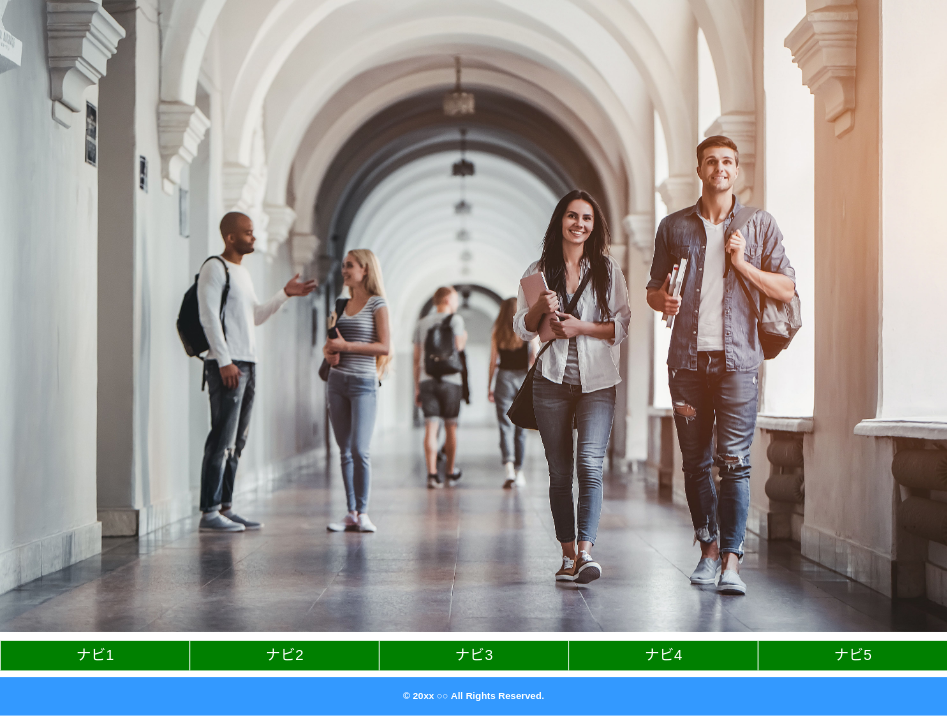
Repository: AKANE02/samurai_HTML-CSS
Page: home.html
The author's editor kept a record of every edit. The page is drawn from the files as they stood at one moment, then again after the next edit.
The browser window is 1280 px wide. The pictures show the whole page, at 74% of full size.

Above is the page before.

### home.html
<!DOCTYPE html>
<html lang="ja">
    <head>
        <meta charset="UTF-8">
        <title>HTML/CSSの学習</title>
        <link rel="stylesheet" href="stylesheet.css">
    </head>
    <body>
        <div id="header">
             <h1><a href="index.html"><img id="corridor" src="images/corridor.jpg" alt="大学の廊下" /></a></h1>
         </div>
        <div id="wrapper">
            <div id="nav">
                 <ul>
                     <li><a href="home.html">ナビ1</a></li>
                     <li><a href="#">ナビ2</a></li>
                     <li><a href="#">ナビ3</a></li>
                     <li><a href="#">ナビ4</a></li>
                     <li><a href="#">ナビ5</a></li>
                 </ul>
             </div>
        </div>
    　  <div id="footer">
             <p>&copy; 20xx ○○ All Rights Reserved.</p>
        </div>
    </body>
</html>

### stylesheet.css
@charset "utf-8";

body {
	margin: 0;
	padding: 0;
	font-family: "ヒラギノ角ゴ Pro W3", "Hiragino Kaku Gothic Pro", "メイリオ", Meiryo, Osaka, "ＭＳ Ｐゴシック", "MS PGothic", sans-serif;
	color: #333;
	font-size: 13px;
	line-height: 150%;
}

/* -------------------- wrapper -------------------- */
#wrapper {
	width: 100%;
	margin: auto;
	padding: 0px;
	border: 0px;
	background-color: #FFF;
    top: 10px;
    position: relative;
}

/* -------------------- header -------------------- */
  #header {
  	width: 100%;
  }
  #header h1 {
  	 margin: 0;
 	 padding: 0;
  }

  #corridor {
 	 width: 100%;
 	 height: auto;
  }

  /* -------------------- footer -------------------- */
  #footer {
  	 clear: both;
  	 width: 100%;
  	 padding: 3px 0 3px 0;
  	 background: #39F;
  	 color: #FFF;
  	 font-weight: bold;
  	 text-align: center;
  }

   /* -------------------- nav -------------------- */
  #nav {
 	 width: 100%;
  }
  #nav ul {
     display: flex;
 	 margin: 0;
 	 padding: 0;
 	 list-style-type: none;
  }
  #nav ul li {
 	 width: 20%;
 	 text-align: center;
  }
  #nav ul li a {
 	 display: block;
 	 height: 20px;
 	 margin: 0;
 	 padding: 10px;
 	 color: #FFF;
 	 font-size: 20px;
 	 text-decoration: none;
 	 background-color: green;
     border-left: 1px solid white;
  }

  #nav ul li a:hover {
 	 filter: drop-shadow(10px 10px 10px black);
  }

  /* -------------------- container -------------------- */
  #container {
 	 width: 100%;
 	 margin: auto ;
 	 padding-top: 20px;
 	 clear: both;
display: grid;
     grid-template-columns: 70vw 30vw;
}
  /* -------------------- main -------------------- */
  #main {
     width: 95%;
 	 padding: 10px 30px 10px 10px;
  }
  #main h2 {
 	 margin: 0 0 10px 0;
 	 padding: 3px 10px 3px 10px;
 	 color: #FFF;
 	 font-size: 16px;
 	 border-left: solid 10px #C00;
 	 background-color: #F90;
  }
  #main p {
 	 margin: 0;
 	 padding: 0;
  }
  #main .post {
 	 margin: 0 0 30px 0;
  }

  #main .post img.right {
 	 margin: 0 0 0 8px;
  }
  #main .post img.left {
 	 margin: 0 8px 0 0;
  }

  .right {
 	 float: right;
 	 width: 40%;
 	 height: auto;
  }
  .left {
 	 float: left;
 	 width: 40%;
 	 height: auto;
  }

  /* -------------------- clearfix -------------------- */
  .clearfix {
 	 zoom: 1;
  }
  .clearfix:after{
 	 content: "";
 	 display: block;
 	 clear: both;
  }

  /* -------------------- side -------------------- */
  #side {
     width: 85%;
  	 padding: 20px;
  	 background-color: #F99;
  }
  #side .box {
  	 margin: 0 auto 30px auto;
  	 padding: 0 0 20px 0;
  	 background: url(images/side_box.png) bottom no-repeat;
  }
  #side .box h2 {
  	 margin: 0;
  	 padding: 8px;
  	 text-align: center;
  	 color: #fff;
  	 font-size: 16px;
  	 line-height: 16px;
  	 font-weight: normal;
  	 background: url(images/side_box_h2.png) center no-repeat;
  }
  #side .box .boxBody {
  	 padding: 8px;
  	 border-right: solid 1px #C36;
  	 border-bottom: solid 1px #C36;
  	 border-left: solid 1px #C36;
  	 background: #fff;
  }
  #side .box .boxBody ul {
  	 margin: 0 0 16px 0;
  	 padding: 0;
  }
  #side .box .boxBody ul li {
  	 padding: 8px 0 8px 4px;
  	 list-style: none;
  	 border-bottom: solid 1px #C36;
  }

  #side .box .boxBody ul li:hover {
 	 padding: 8px 0 8px 4px;
 	 list-style: none;
 	 border-bottom: solid 1px #C36;
 	 box-shadow: 0px 4px 4px rgba(0, 0, 0, 0.3);
  }

After the next edit:
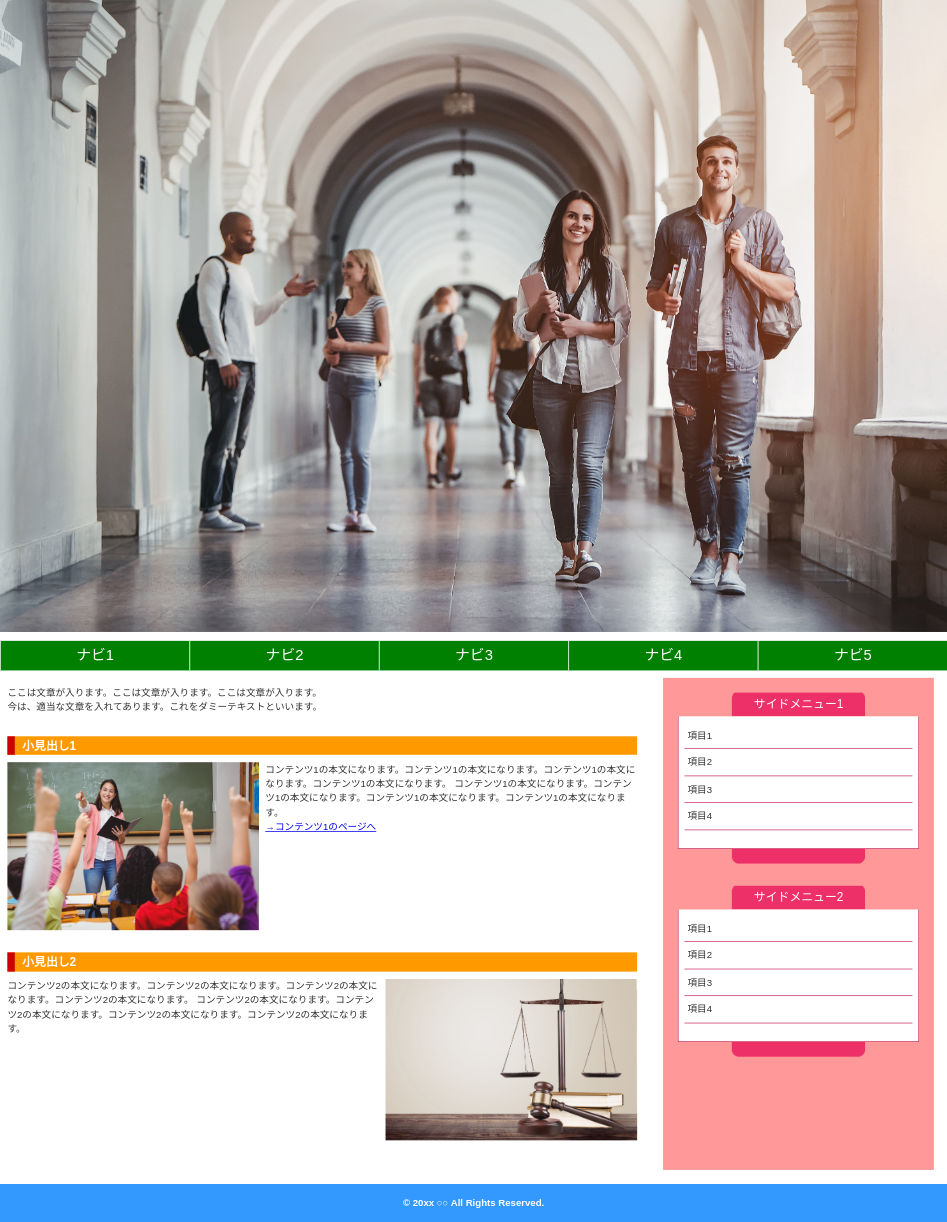
The edit:
--- a/home.html
+++ b/home.html
@@ -20,6 +20,54 @@
                  </ul>
              </div>
         </div>
+         <div id="container">
+                 <div id="main">
+                     <div class="post">
+                         <p>ここは文章が入ります。ここは文章が入ります。ここは文章が入ります。<br />今は、適当な文章を入れてあります。これをダミーテキストといいます。</p>
+                     </div>
+                     <div class="post clearfix">
+                         <h2>小見出し1</h2>
+                         <img class="left" src="images/classroom.jpg" alt="授業風景" />
+                         <p>
+                             コンテンツ1の本文になります。コンテンツ1の本文になります。コンテンツ1の本文になります。コンテンツ1の本文になります。
+                             コンテンツ1の本文になります。コンテンツ1の本文になります。コンテンツ1の本文になります。コンテンツ1の本文になります。
+                         </p>
+                         <p><a href="#">→コンテンツ1のページへ</a></p>
+                     </div>
+                     <div class="post clearfix">
+                         <h2>小見出し2</h2>
+                         <img class="right" src="images/scale.jpg" alt="天秤" />
+                         <p>
+                             コンテンツ2の本文になります。コンテンツ2の本文になります。コンテンツ2の本文になります。コンテンツ2の本文になります。
+                             コンテンツ2の本文になります。コンテンツ2の本文になります。コンテンツ2の本文になります。コンテンツ2の本文になります。
+                         </p>
+                     </div>
+                 </div>
+                   <div id="side">
+                     <div class="box">
+                         <h2>サイドメニュー1</h2>
+                         <div class="boxBody">
+                             <ul>
+                                 <li>項目1</li>
+                                 <li>項目2</li>
+                                 <li>項目3</li>
+                                 <li>項目4</li>
+                             </ul>
+                         </div>
+                     </div>
+                     <div class="box">
+                         <h2>サイドメニュー2</h2>
+                         <div class="boxBody">
+                             <ul>
+                                 <li>項目1</li>
+                                 <li>項目2</li>
+                                 <li>項目3</li>
+                                 <li>項目4</li>
+                             </ul>
+                         </div>
+                     </div>
+                 </div>
+             </div>
     　  <div id="footer">
              <p>&copy; 20xx ○○ All Rights Reserved.</p>
         </div>
